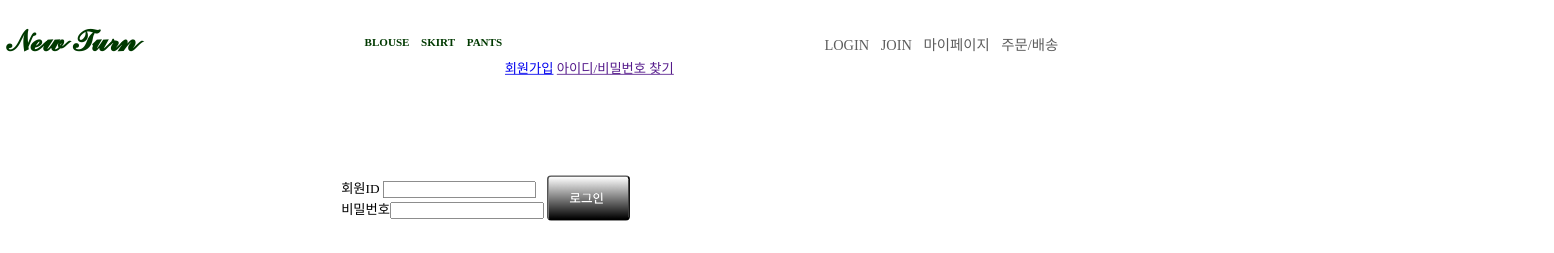
Repository: won0108/Port-Folio
Page: Creating_Homepage/Shopping/WebContent/Login.html
An editor plug-in stored every save of this project. The page is shown before and after the next save, followed by the edit.
The browser window is 1280 px wide. The page is 1872 px wide, so the pictures cover 1872 px, including what lies to the right of the window. The pictures show the whole page, at 83% of full size.

Above is the page before, as saved 2020-12-03 06:53:07.

### Creating_Homepage/Shopping/WebContent/Login.html
<!DOCTYPE html>
<html>
<head>  <!--웹페이지에 대한 정보를 제공한다.-->
 <title> 로그인 </title>   <!--탭에 New Turn을 나타낸다.-->
<style>
	@font-face{
 		font-family:"My Font";
 		src: url("fontstyle/ENCOSCPT.TTF");
 	}
 	h1{
   	color:#003900;
   	position:fixed;
   	top: 0px;
   	left:10px;
   	font-family:"My Font", serif;
   	font-size: 30pt;
   }
   #infor{
   position:fixed;
   top:40px; right:0px;
   }
   #infor a{
   text-decoration:none;
   color:#5D5D5D;
   font-size:13pt;
   display: inline;
   padding :5px;
   }
   #infor a:hover{
   tex-decoration:underline;
   color: black;
   text-weight:bold;
   }
   #categ{
   position:fixed;
   top:25px; right:670px;
   }
   #categ ul li{
   display: inline;
   }
   #categ ul li a{
   text-decoration:none;
   color:#003900;
   font-size:10pt;
   font-weight:bold;
   text-transform:uppercase;
   padding :5px;
   }
   #categ ul li a:hover{
   tex-decoration:underline; color: black;
   }

 h2{text-align:center;}
 #join{position:relative; left:600px;}

</style>
<style type="text/css">
#button1{
 background: #000000;
 padding:15px 30px 15px 25px;
 font-size:15px;
 font-weight:bold;
 color:#ffffff;
 text-align:center;
 background: -moz-linear-gradient(0%, 100%, 90deg, #75BC00, #ffffff);
 background: -webkit-gradient(linear, 0% 0%, 0% 100%, from(#ffffff), to(#000000));

border-radius:5px;
 -moz-border-radius:5px;
 -webkit-border-radius:5px;
 border-bottom-color:#000000;
 text-shadow:0 -1px 0 #000000;
 }
</style>

</head>
<body>
 <h1>New Turn</h1>
	<div id="infor">
	  <a href="Login.html">LOGIN</a> <!--다른 페이지로 이동한다.-->
	  <a href="회원가입 창.html">JOIN</a>
	  <a href="마이페이지.html">마이페이지</a>
	  <a href="">주문/배송</a>
	</div>
	<div id="categ">
		<ul>
			<li><a href="top.html">BLOUSE</a></li>
			<li><a href="skirt.html">SKIRT</a></li>
			<li><a href="pants.html">PANTS</a></li>
		</ul>
	</div>
  	<table style="position:relative; top: 200px; left: 400px;">
	  	<tr>
	  		<td>회원ID <input type="text" name="id">
	  		<br>비밀번호<input type="password" name="pass"></td>
	  		<td><button type="button" id = "button1">로그인</button></td>
		</tr>
	</table>
 <div id="join">
   <a href="C:\Users\samsung\Desktop\쇼핑몰\회원가입 창.html">회원가입</a>
   <a href="">아이디/비밀번호 찾기</a>
 </div>

 </form>
</body>
</html>

After the next save:
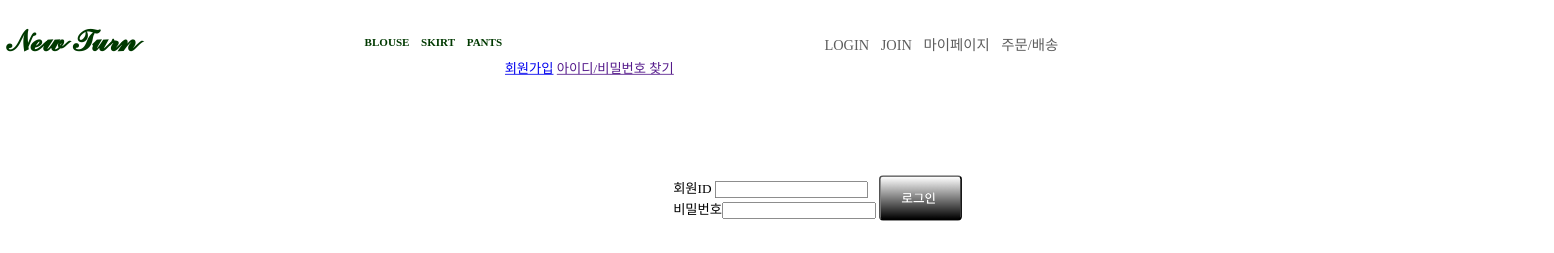
Saved 9 s later.
--- a/Creating_Homepage/Shopping/WebContent/Login.html
+++ b/Creating_Homepage/Shopping/WebContent/Login.html
@@ -89,7 +89,7 @@ border-radius:5px;
 			<li><a href="pants.html">PANTS</a></li>
 		</ul>
 	</div>
-  	<table style="position:relative; top: 200px; left: 400px;">
+  	<table style="position:relative; top: 200px; left: 800px;">
 	  	<tr>
 	  		<td>회원ID <input type="text" name="id">
 	  		<br>비밀번호<input type="password" name="pass"></td>
